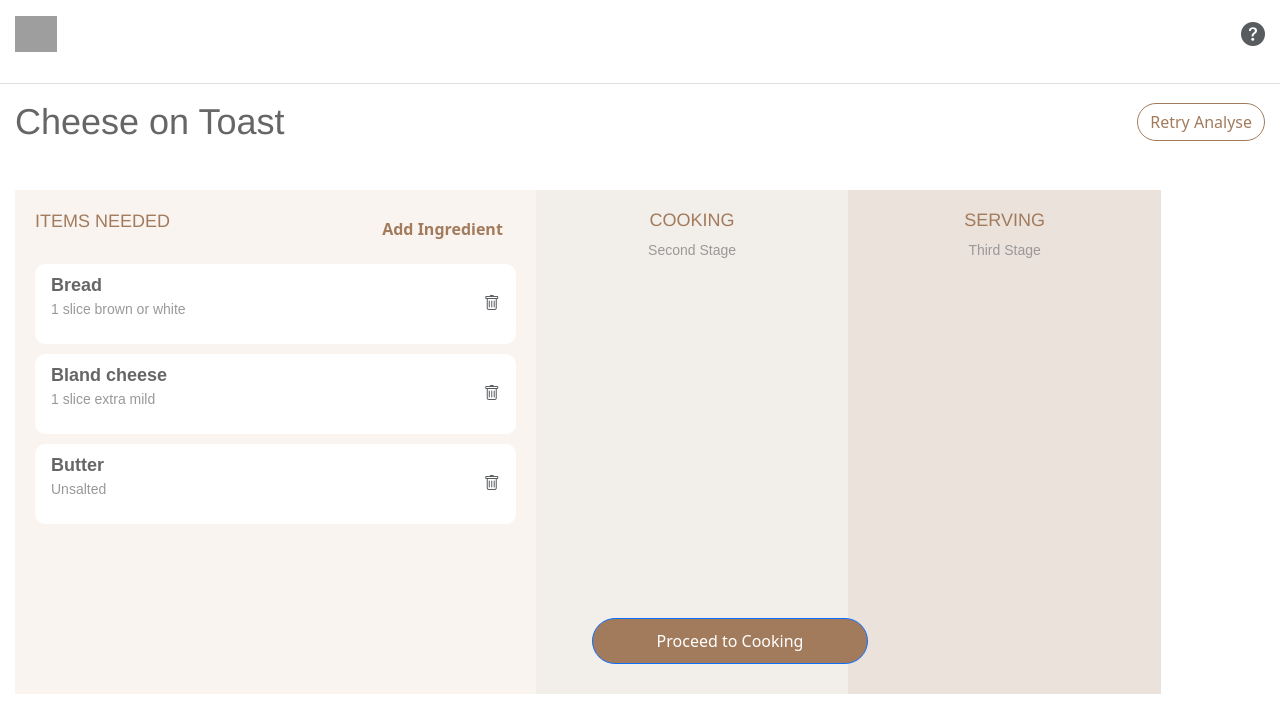
Repository: devashrisamani/SMC
Page: index.html
These files come from the project's save history. The page is drawn as it stood at one moment and after the next save; the edit follows.
The browser window is 1280 px wide. The pictures show the whole page.
Pictures or frames that could not be fetched are drawn as grey boxes.

Above is the page before, as saved 2024-10-09 15:58:33.

After the next save:
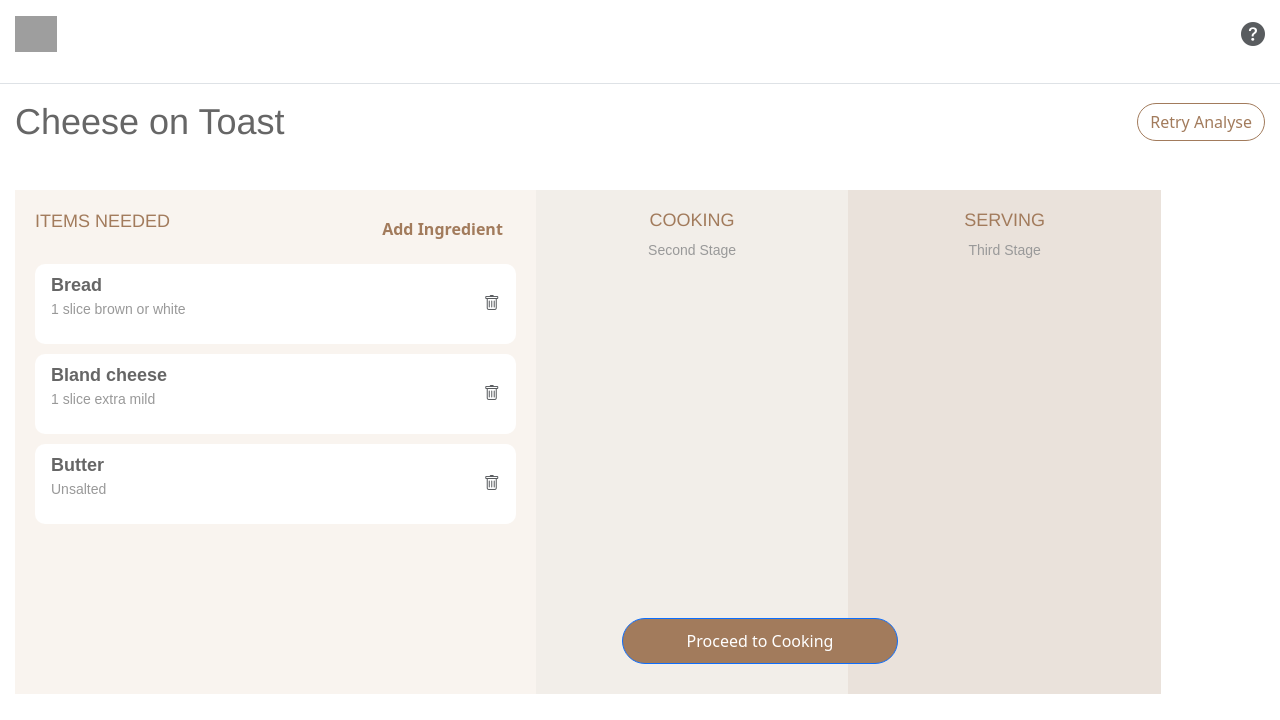
Saved 4 s later.
--- a/styles.css
+++ b/styles.css
@@ -131,7 +131,7 @@ body {
   position: absolute;
   bottom: 30px;
   left: 50%;
-  transform: translateX(-20%);
+  transform: translateX(-10%);
   width: 100%; /* Ensure it's 100% of its parent, not wider */
   max-width: 300px; /* Prevent it from getting too large */
   overflow: hidden;
